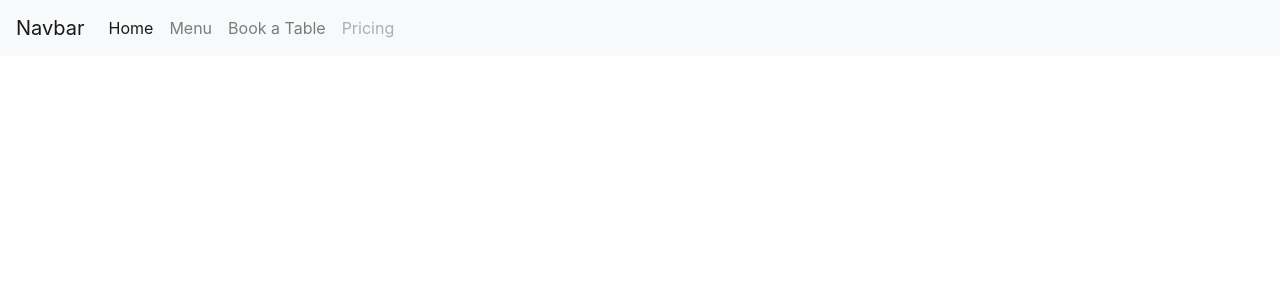
Repository: NarendraKumar-2259/ResturantManagementSystem
Page: http://localhost/Guntur_Karam/Home.jsp
An editor plug-in stored every save of this project. The page is shown before and after the next save, followed by the edit.
The browser window is 1280 px wide. The pictures show the whole page.
Some web libraries are served in a nearby version. The page is served by Tomcat 9.

Above is the page before, as saved 2024-09-27 10:05:06.

After the next save:
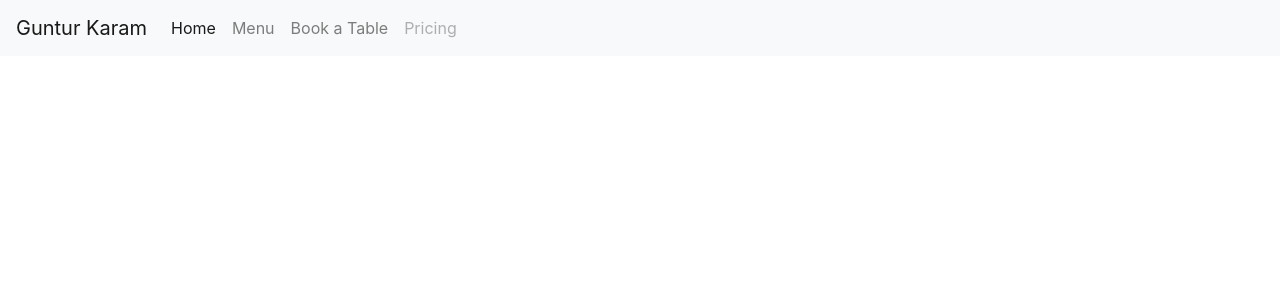
Saved 75 s later.
--- a/Guntur Karam/src/main/webapp/Home.jsp
+++ b/Guntur Karam/src/main/webapp/Home.jsp
@@ -14,7 +14,7 @@
   </head>
   <body>
     <nav class="navbar navbar-expand-lg navbar-light bg-light">
-  <a class="navbar-brand" href="#">Navbar</a>
+  <a class="navbar-brand" href="#">Guntur Karam</a>
   <button class="navbar-toggler" type="button" data-toggle="collapse" data-target="#navbarNav" aria-controls="navbarNav" aria-expanded="false" aria-label="Toggle navigation">
     <span class="navbar-toggler-icon"></span>
   </button>
